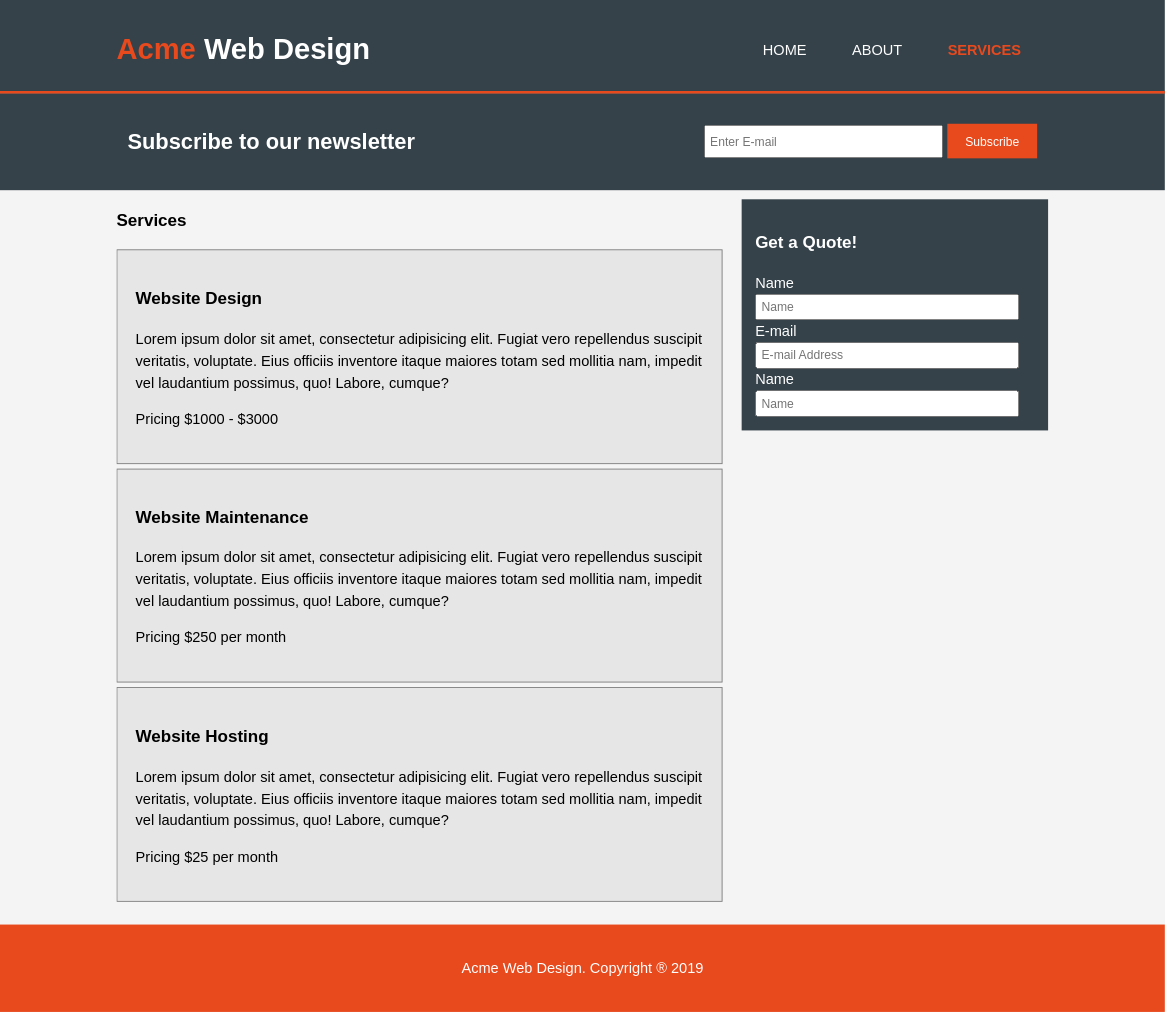
Repository: soloestuardo/bootstrap
Page: proyectos/yout/services.html
The author's editor kept a record of every edit. The page is drawn from the files as they stood at one moment, then again after the next edit.
The browser window is 1280 px wide. The pictures show the whole page, at 91% of full size.
Some web libraries are served in a nearby version.

Above is the page before.

### proyectos/yout/services.html
<!DOCTYPE html>
<html lang>
<head>
    <meta charset="UTF-8">
    <link rel="stylesheet" href="css/style.css">
    <meta name="viewport" content="width=device-width">
    <meta name="description" content="Affordable and professional web design">
    <meta name="keywords" content="web design, affordable web design, professional web design">
    <meta name="author" content="Estuardo Porras">
    <link rel="stylesheet" href="https://use.fontawesome.com/releases/v5.5.0/css/all.css" integrity="sha384-B4dIYHKNBt8Bc12p+WXckhzcICo0wtJAoU8YZTY5qE0Id1GSseTk6S+L3BlXeVIU" crossorigin="anonymous">
    <title>Services</title>
</head>

<!------------ EMPIEZA EL BODY ---------->

<body>

    <!------------ HEADER ---------->

    <header>
        <div class="container">

            <!------------ LOGO ---------->

            <div id="branding">
                <h1><span class="highlight">Acme</span> Web Design</h1>
            </div>

            <!------------ MENÚ ---------->

            <nav>
                <ul>
                    <li><a href="index.html">Home</a></li>
                    <li><a href="about.html">About</a></li>
                    <li class="current"><a href="services.html">Services</a></li>
                    </li>
                </ul>
            </nav>
        </div>
    </header>

    <!------------ NEWSLETTER ---------->

    <section id="newsletter">
        <div class="container">
            <h1>Subscribe to our newsletter</h1>
            <form>
                <input type="email" placeholder="Enter E-mail">
                <button type="submit" class="button_1">Subscribe</button>
            </form>
        </div>
    </section>

    <!------------ BOXES ---------->

    <section id="main">
        <div class="container">
            <article id="main-col">
                <h1 class="page_title">Services</h1>
                <ul id="services">
                    <li><h3>Website Design</h3>
                    <p>Lorem ipsum dolor sit amet, consectetur adipisicing elit. Fugiat vero repellendus suscipit veritatis, voluptate. Eius officiis inventore itaque maiores totam sed mollitia nam, impedit vel laudantium possimus, quo! Labore, cumque?</p>
                    <p>Pricing $1000 - $3000</p>
                    </li>

                    <li><h3>Website Maintenance</h3>
                    <p>Lorem ipsum dolor sit amet, consectetur adipisicing elit. Fugiat vero repellendus suscipit veritatis, voluptate. Eius officiis inventore itaque maiores totam sed mollitia nam, impedit vel laudantium possimus, quo! Labore, cumque?</p>
                    <p>Pricing $250 per month</p>
                    </li>

                    <li><h3>Website Hosting</h3>
                    <p>Lorem ipsum dolor sit amet, consectetur adipisicing elit. Fugiat vero repellendus suscipit veritatis, voluptate. Eius officiis inventore itaque maiores totam sed mollitia nam, impedit vel laudantium possimus, quo! Labore, cumque?</p>
                    <p>Pricing $25 per month</p>
                    </li>
                </ul>
            </article>
            <aside id="sidebar" class="dark">
                <h3>Get a Quote!</h3>
                <form class="quote">
                    <div>
                        <label>Name</label><br>
                        <input type="text" placeholder="Name">
                    </div>

                    <div>
                        <label>E-mail</label><br>
                        <input type="email" placeholder="E-mail Address">
                    </div>

                    <div>
                        <label>Name</label><br>
                        <input type="text" placeholder="Name">
                    </div>
                </form>
            </aside>
        </div>
    </section>

    <footer>
        <p>Acme Web Design. Copyright ® 2019</p>
    </footer>

</body>
</html>

### proyectos/yout/css/style.css
/*-----------GENERAL--------------*/

body {
    font: 16px/1.5 Arial, Helvetica, sans-serif;
    margin:0;
    padding:0;
    background-color: #F4F4F4;
}

ul {
    margin:0;
    padding:0;
}

.button_1 {
    height:38px;
    background:#E8491D;
    border:0;
    padding-left:20px;
    padding-right:20px;
    color:#FFF;
}

.dark {
    padding:15px;
    background:#35424A;
    color:white;
    margin-top:10px;
    margin-bottom:10px;
}

/*-----------CONTAINER--------------*/

.container {
    width:80%;
    margin:auto;
    overflow:hidden;
}

/*-----------HEADER--------------*/

header {
    background-color:#35424A;
    color:#FFF;
    padding-top:30px;
    min-height:70px;
    border-bottom:#E8491D 3px solid;
}

header a {
    color:#FFF;
    text-decoration:none;
    text-transform:uppercase;
    font-size:16px;
}


header li {
    float:left;
    display:inline;
    padding:0 30px 0 20px;
}

#branding {
    float:left;
}

#branding h1 {
    margin:0;
}

header nav {
    float:right;
    margin-top:13px;
}

header .highlight, header .current a {
    color:#E8491D;
    font-weight:bold;
}

header a:hover {
    color:#CCC;
    font-weight:bold;
}

/*-----------SHOWCASE--------------*/

#showcase {
    min-height:400px;
    background:url("../img/desk1.jpg");
    background-size:100% 130%;
    background-position:0 60%;
    text-align: center;
    color:#FFF;
}

#showcase h1 {
    margin-top:100px;
    font-size:55px;
    margin-bottom:10px;
}

#showcase p {
    font-size:22px;
    font-style:bold;
    color: #80b3ff;
    text-shadow:1px 1px #006;
}

/*-----------NEWSLETTER--------------*/

#newsletter {
    padding:15px;
    color:#FFF;
    background:#35424A;
}

#newsletter h1 {
    float:left;
}

#newsletter form {
    float:right;
    margin-top:18px;
}

#newsletter input[type="email"] {
    padding:4px;
    height:25px;
    width:250px;
}

/*-----------BOXES--------------*/

#boxes {
    margin-top:20px;
}

#boxes .box {
    float:left;
    width:30%;
    padding:10px;
    text-align:center;
}

#boxes .box i {
    font-size:90px;
}

/*-----------BOXES--------------*/
aside#sidebar {
    float:right;
    width:30%;
    margin-top:10px;
}

aside#sidebar .quote input, aside#sidebar .quote textarea {
    width:90%;
    padding:5px;
}

#main-col {
    float:left;
    width:65%;
}

/*-----------SERVICES--------------*/

ul#services li {
    list-style:none;
    padding:20px;
    border:gray solid 1px;
    margin-bottom: 5px;
    background:#E6E6E6;
}

/*-----------FOOTER--------------*/

footer {
    padding:20px;
    margin-top:20px;
    color:#FFF;
    background:#E8491D;
    text-align:center;
}

/*-----------MEDIA QUERIES--------------*/
@media (max-width:768px) {
    header #branding, header nav, header nav li, #newsletter h1, #newsletter form, #boxes .box, article#main-col, aside#sidebar {
        float:none;
        text-align:center;
        width:100%;
    }

    header {
        padding-bottom:20px;
    }

    #showcase h1 {
        margin-top:40px;
    }

    #newsletter button, .quote button {
        display:block;
        width:100%;
    }

    #newsletter form input[type="email"], .quote input, .quote textarea {
        width:100%;
        margin-bottom:5px;
    }

}

After the next edit:
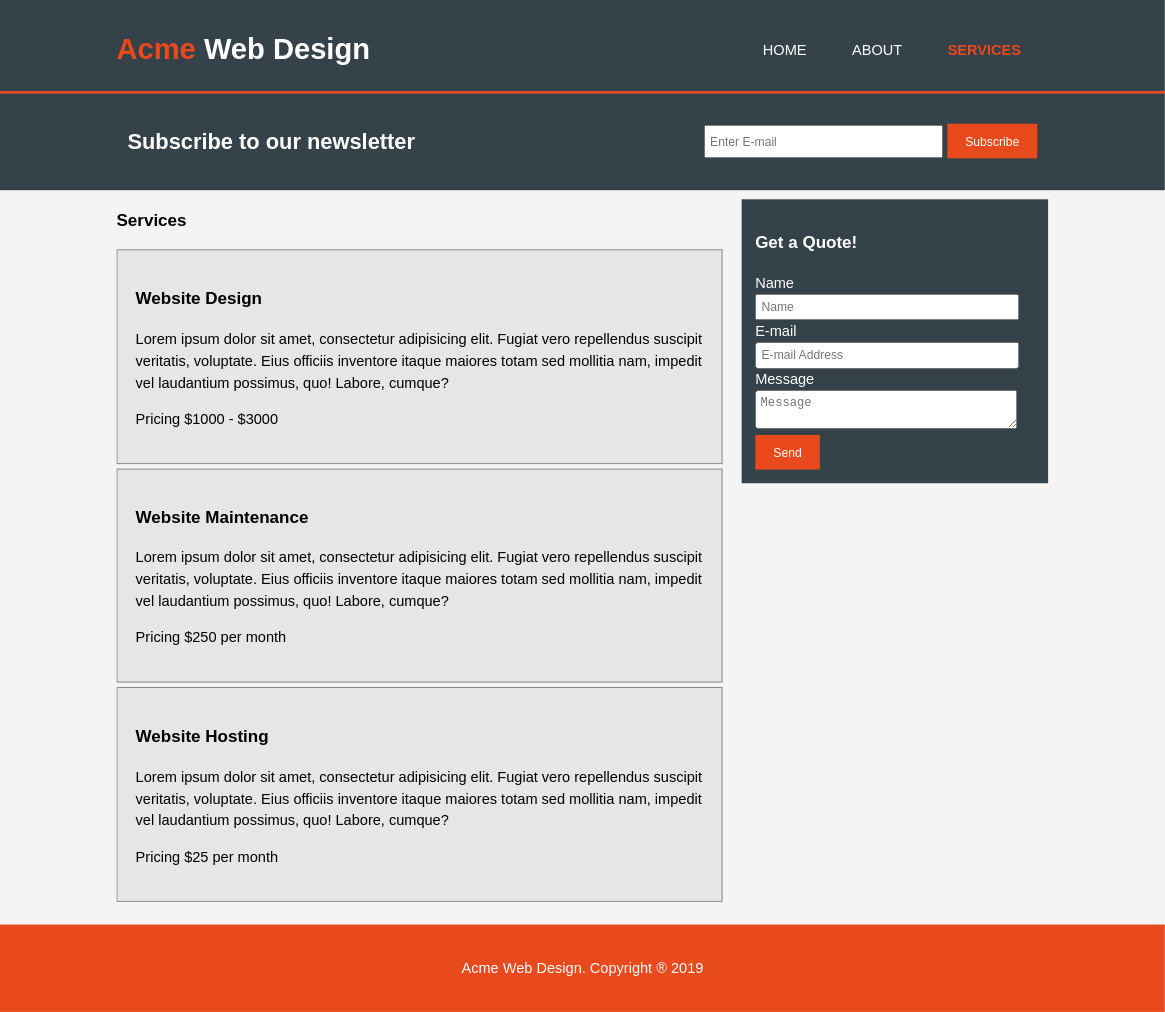
The edit:
--- a/proyectos/yout/services.html
+++ b/proyectos/yout/services.html
@@ -88,9 +88,10 @@
                     </div>
 
                     <div>
-                        <label>Name</label><br>
-                        <input type="text" placeholder="Name">
+                        <label>Message</label><br>
+                        <textarea placeholder="Message"></textarea>
                     </div>
+                    <button class="button_1" type="submit">Send</button>
                 </form>
             </aside>
         </div>
